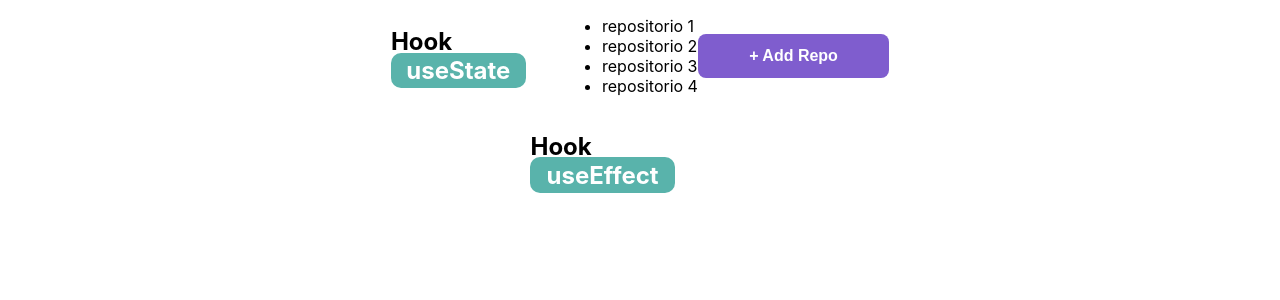
Repository: thiagolucio/react-hooks-use
Page: /
An editor plug-in stored every save of this project. The page is shown before and after the next save, followed by the edit.
The browser window is 1280 px wide. The pictures show the whole page.
The project was rebuilt for these pictures with package versions that can differ from the ones it lists, and the page was loaded fresh each time.

Above is the page before, as saved 2022-03-08 22:49:15.

After the next save:
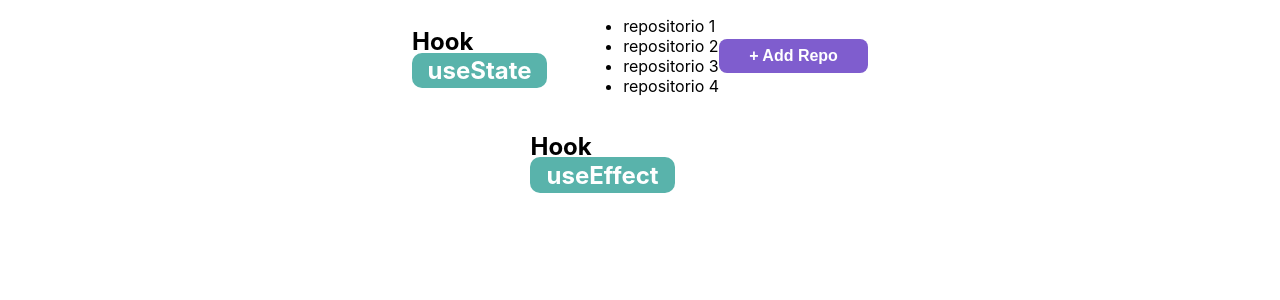
Saved 14 s later.
--- a/src/Components/UseStateExample.css
+++ b/src/Components/UseStateExample.css
@@ -1,6 +1,6 @@
 .buttonApp {
     font-size: 16px;
-    padding: 1% 4%;
+    padding: 8px 30px;
     background-color: #7f5dce;
     border: 2px solid #7f5dce;
     color: #fff;
